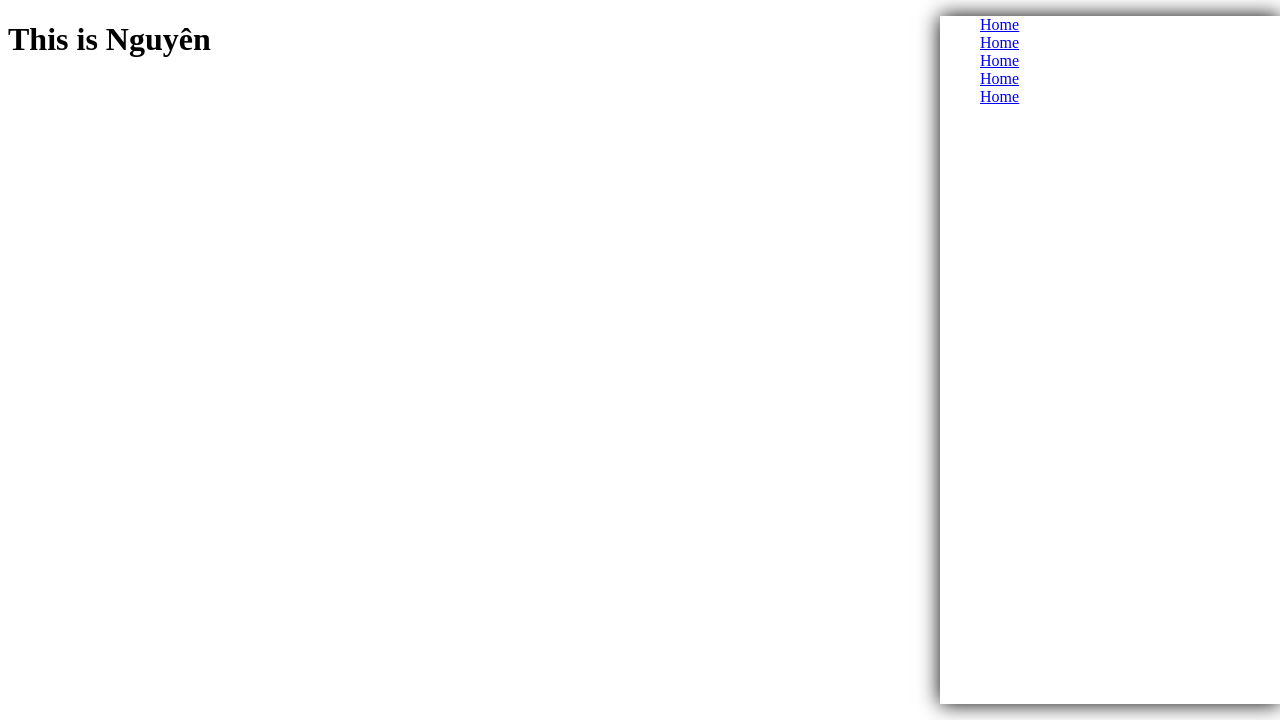
Repository: KhoiNguyen77/JS-C-Ba-n
Page: index.html
These files come from the project's save history. The page is drawn as it stood at one moment and after the next save; the edit follows.
The browser window is 1280 px wide. The pictures show the whole page.

Above is the page before, as saved 2023-03-29 17:43:27.
Console error: TypeError: Cannot read properties of null (reading 'getAttribute')

After the next save:
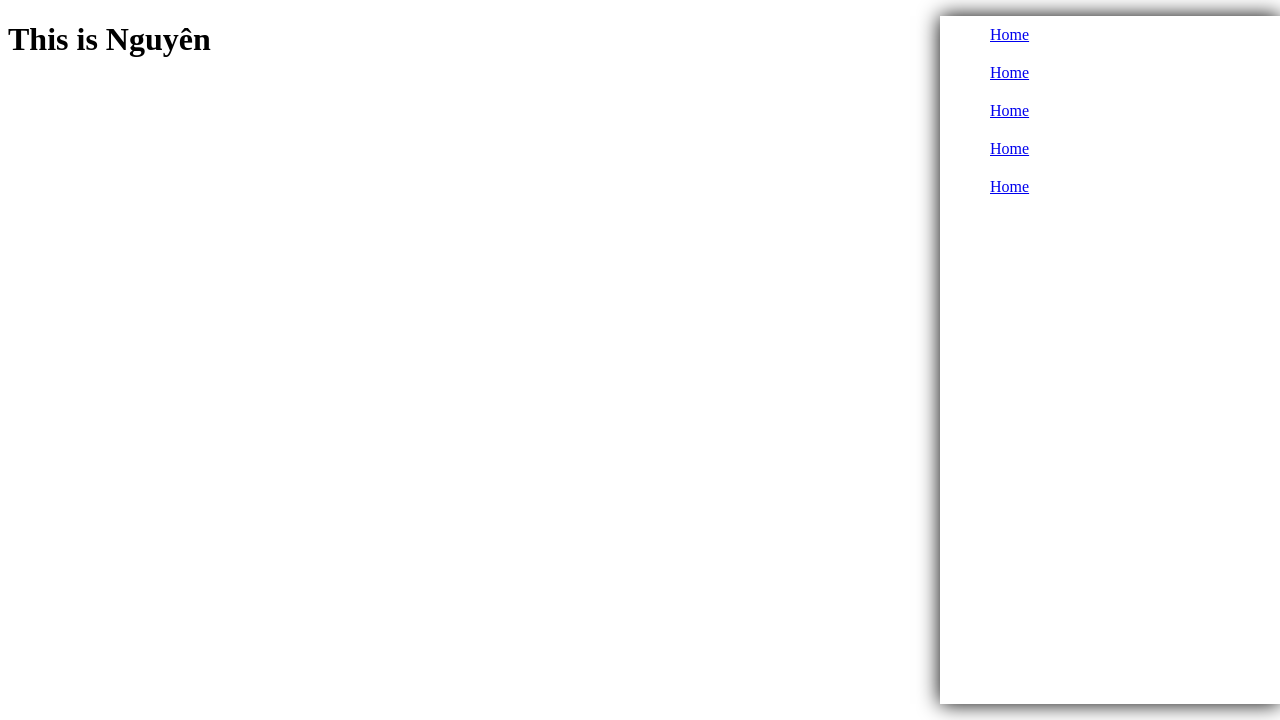
Saved 22 s later.
--- a/index.css
+++ b/index.css
@@ -8,3 +8,8 @@
     list-style: none;
 
 }
+.menu-link {
+    padding: 10px;
+    display: block;
+
+}
